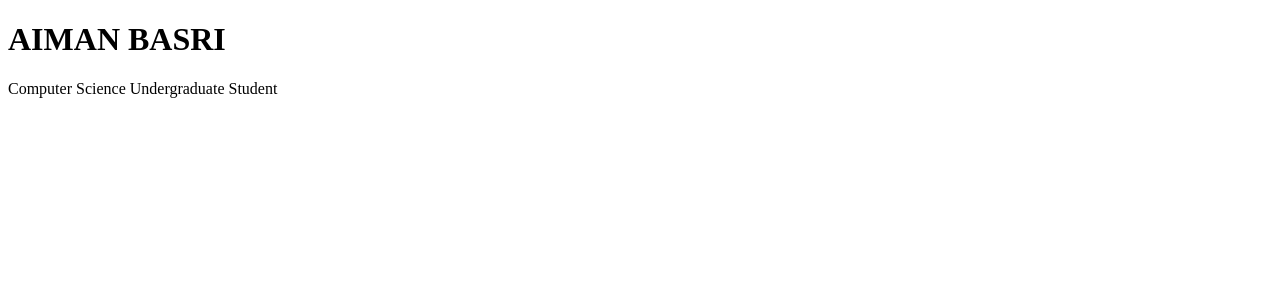
Repository: aimanbasri/Web-Development-Bootcamp
Page: HTML - Personal Site/index.html
These files come from the project's save history. The page is drawn as it stood at one moment and after the next save; the edit follows.
The browser window is 1280 px wide. The pictures show the whole page.

Above is the page before, as saved 2019-12-29 00:56:10.

After the next save:
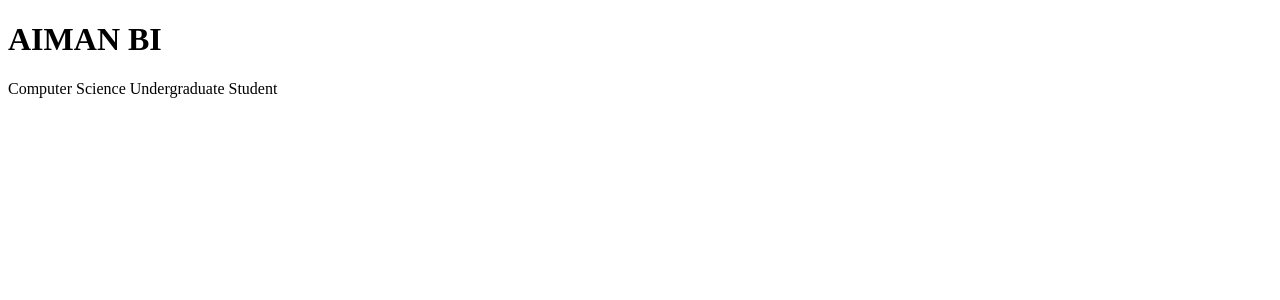
Saved 26 s later.
--- a/HTML - Personal Site/index.html
+++ b/HTML - Personal Site/index.html
@@ -7,7 +7,7 @@
     <title>🗲Aiman's Personal Site</title>
 </head>
 <body>
-    <h1> AIMAN BASRI </h1>
+    <h1> AIMAN BI </h1>
     <p> Computer Science Undergraduate Student</p>
 </body>
 </html>
